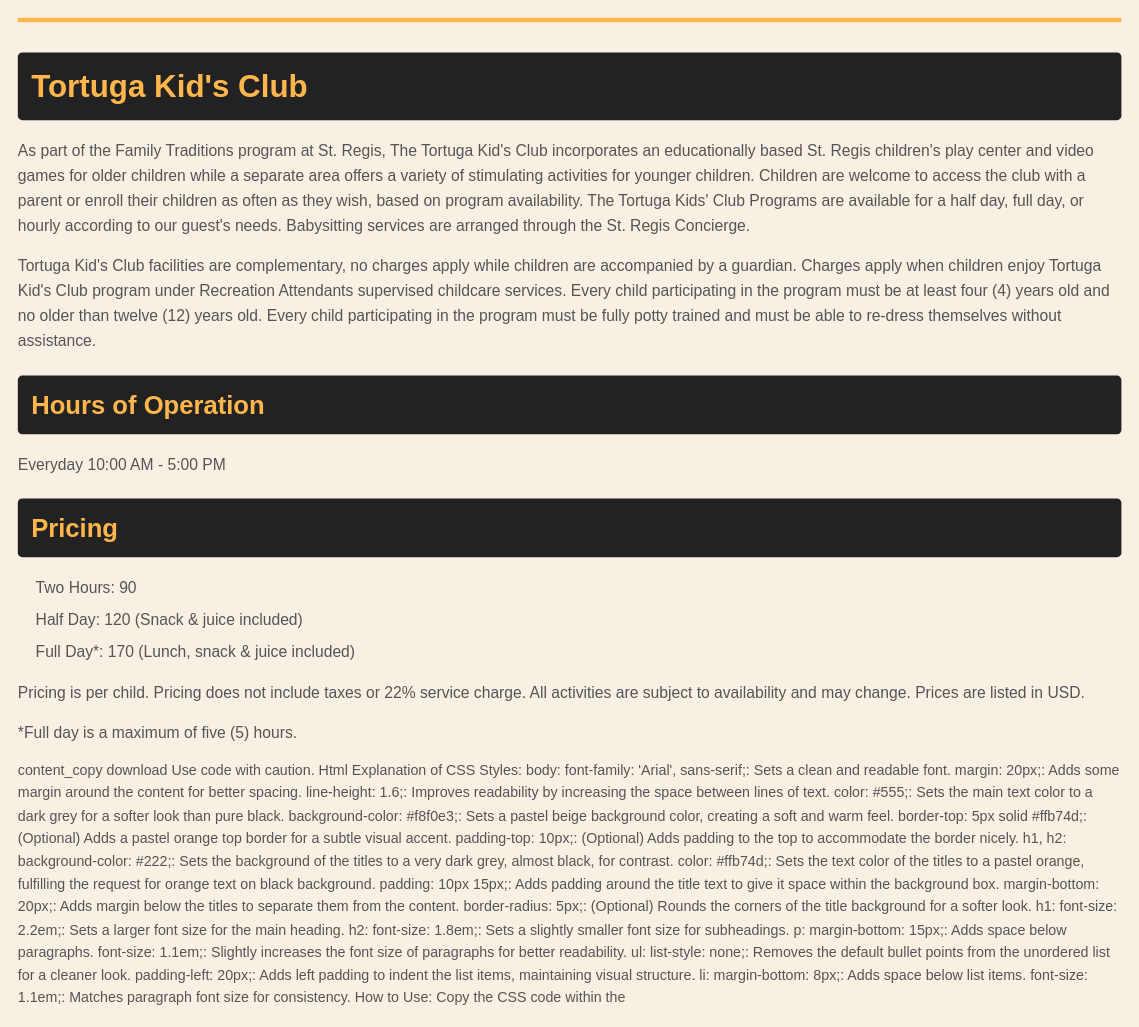
Repository: chvg1968/luxephonebook
Page: public/pages/tortuga.html
An editor plug-in stored every save of this project. The page is shown before and after the next save, followed by the edit.
The browser window is 1280 px wide. The pictures show the whole page, at 89% of full size.

Above is the page before, as saved 2025-01-23 17:05:27.

After the next save:
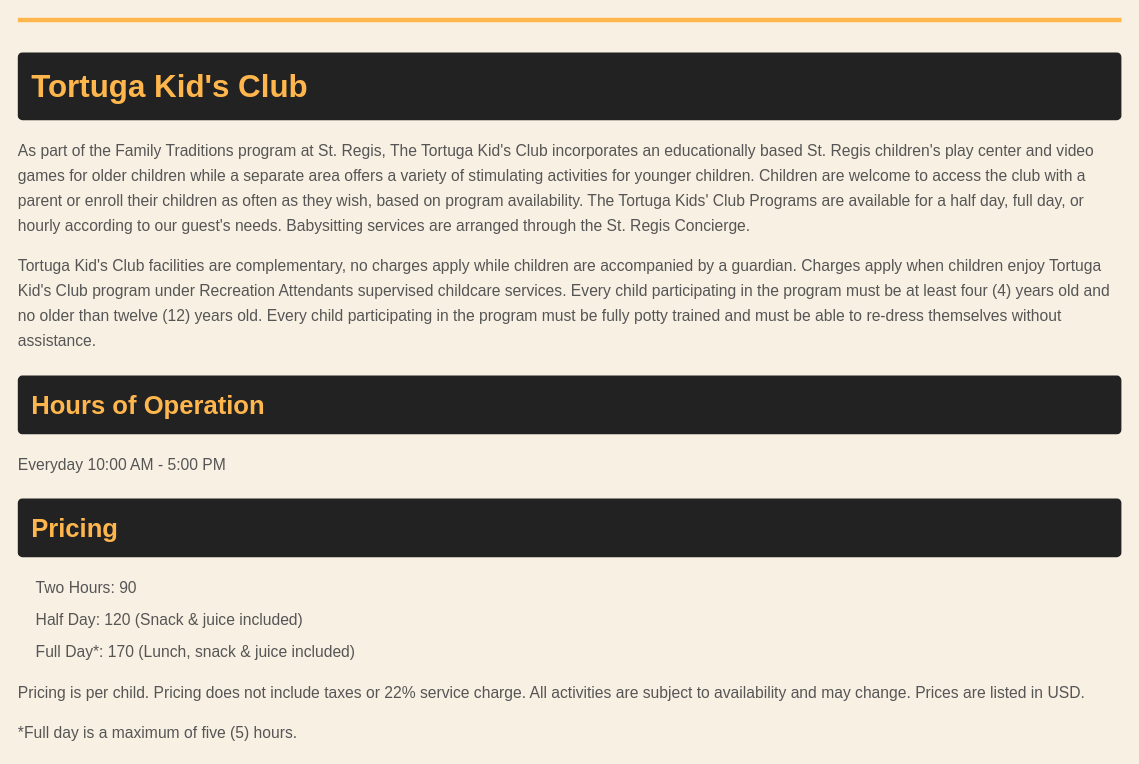
Saved 37 s later.
--- a/public/pages/tortuga.html
+++ b/public/pages/tortuga.html
@@ -74,73 +74,3 @@
 
 </body>
 </html>
-content_copy
-download
-Use code with caution.
-Html
-
-Explanation of CSS Styles:
-
-body:
-
-font-family: 'Arial', sans-serif;: Sets a clean and readable font.
-
-margin: 20px;: Adds some margin around the content for better spacing.
-
-line-height: 1.6;: Improves readability by increasing the space between lines of text.
-
-color: #555;: Sets the main text color to a dark grey for a softer look than pure black.
-
-background-color: #f8f0e3;: Sets a pastel beige background color, creating a soft and warm feel.
-
-border-top: 5px solid #ffb74d;: (Optional) Adds a pastel orange top border for a subtle visual accent.
-
-padding-top: 10px;: (Optional) Adds padding to the top to accommodate the border nicely.
-
-h1, h2:
-
-background-color: #222;: Sets the background of the titles to a very dark grey, almost black, for contrast.
-
-color: #ffb74d;: Sets the text color of the titles to a pastel orange, fulfilling the request for orange text on black background.
-
-padding: 10px 15px;: Adds padding around the title text to give it space within the background box.
-
-margin-bottom: 20px;: Adds margin below the titles to separate them from the content.
-
-border-radius: 5px;: (Optional) Rounds the corners of the title background for a softer look.
-
-h1:
-
-font-size: 2.2em;: Sets a larger font size for the main heading.
-
-h2:
-
-font-size: 1.8em;: Sets a slightly smaller font size for subheadings.
-
-p:
-
-margin-bottom: 15px;: Adds space below paragraphs.
-
-font-size: 1.1em;: Slightly increases the font size of paragraphs for better readability.
-
-ul:
-
-list-style: none;: Removes the default bullet points from the unordered list for a cleaner look.
-
-padding-left: 20px;: Adds left padding to indent the list items, maintaining visual structure.
-
-li:
-
-margin-bottom: 8px;: Adds space below list items.
-
-font-size: 1.1em;: Matches paragraph font size for consistency.
-
-How to Use:
-
-Copy the CSS code within the <style> tags.
-
-Paste it into the <head> section of your HTML document.
-
-Copy the HTML code (body and content) and place it in your HTML file.
-
-This will style your HTML document with a minimalist and elegant theme, using pastel colors and the requested black and orange for titles. You can adjust the color codes (#f8f0e3, #222, #ffb74d, #555) to fine-tune the pastel palette to your exact preference.
